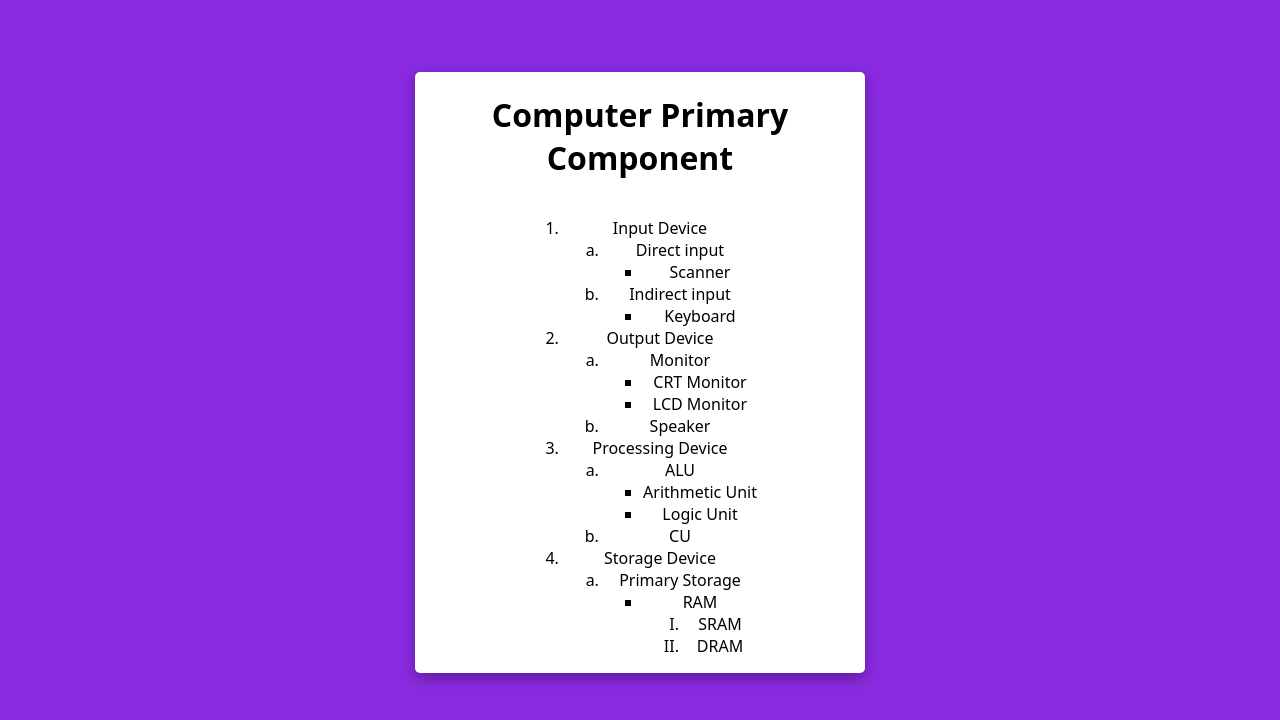
Repository: SharonSebastian32/Nested_List_in_html
Page: index.html
An editor plug-in stored every save of this project. The page is shown before and after the next save, followed by the edit.
The browser window is 1280 px wide. The pictures show the whole page.

Above is the page before, as saved 2024-09-01 07:58:46.

### index.html
<!DOCTYPE html>
<html lang="en">
  <head>
    <meta charset="UTF-8" />
    <meta name="viewport" content="width=device-width, initial-scale=1.0" />
    <title>Document</title>
    <link rel="stylesheet" href="./Styles/Styles.css" />
  </head>
  <body style="background-color: blueviolet">
    <center>
      <br />
      <br />
      <div
        style="
          margin: 20px;
           border-radius: 5px;
          display: flex;
          justify-content: center;
          align-items: center;
          flex-direction: column;
          background-color: rgb(255, 255, 255);
          width: 450px;
          box-shadow: rgba(0, 0, 0, 0.35) 0px 5px 15px;
        "
      >
        <h1>Computer Primary Component</h1>
        <ol>
          <li>Input Device</li>
          <ol type="a">
            <li>Direct input</li>
            <ul style="list-style-type: square">
              <li>Scanner</li>
            </ul>
            <li>Indirect input</li>
            <ul>
              <li>Keyboard</li>
            </ul>
          </ol>
          <li>Output Device</li>
          <ol type="a">
            <li>Monitor</li>
            <ul>
              <li>CRT Monitor</li>
              <li>LCD Monitor</li>
            </ul>
            <li>Speaker</li>
          </ol>
          <li>Processing Device</li>
          <ol type="a">
            <li>ALU</li>
            <ul>
              <li>Arithmetic Unit</li>
              <li>Logic Unit</li>
            </ul>
            <ul></ul>
            <li>CU</li>
          </ol>
          <li>Storage Device</li>
          <ol type="a">
            <li>Primary Storage</li>
            <ul>
              <li>RAM</li>
              <ol type="I">
                <li>SRAM</li>
                <li>DRAM</li>
              </ol>
            </ul>
          </ol>
        </ol>
      </div>
    </center>
  </body>
</html>

### Styles/Styles.css
*{
    font-family: system-ui, -apple-system, BlinkMacSystemFont, 'Segoe UI', Roboto, Oxygen, Ubuntu, Cantarell, 'Open Sans', 'Helvetica Neue', sans-serif;

}

After the next save:
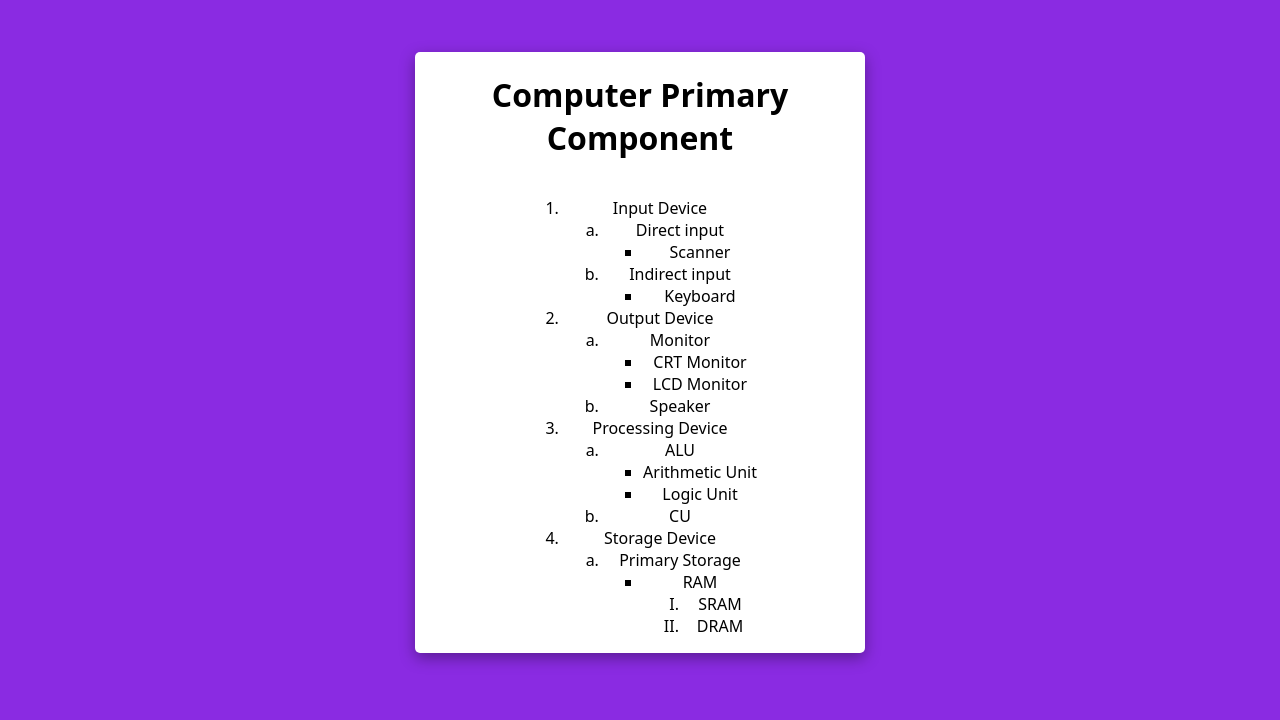
Saved 6 s later.
--- a/index.html
+++ b/index.html
@@ -12,8 +12,7 @@
       <br />
       <div
         style="
-          margin: 20px;
-           border-radius: 5px;
+            border-radius: 5px;
           display: flex;
           justify-content: center;
           align-items: center;
